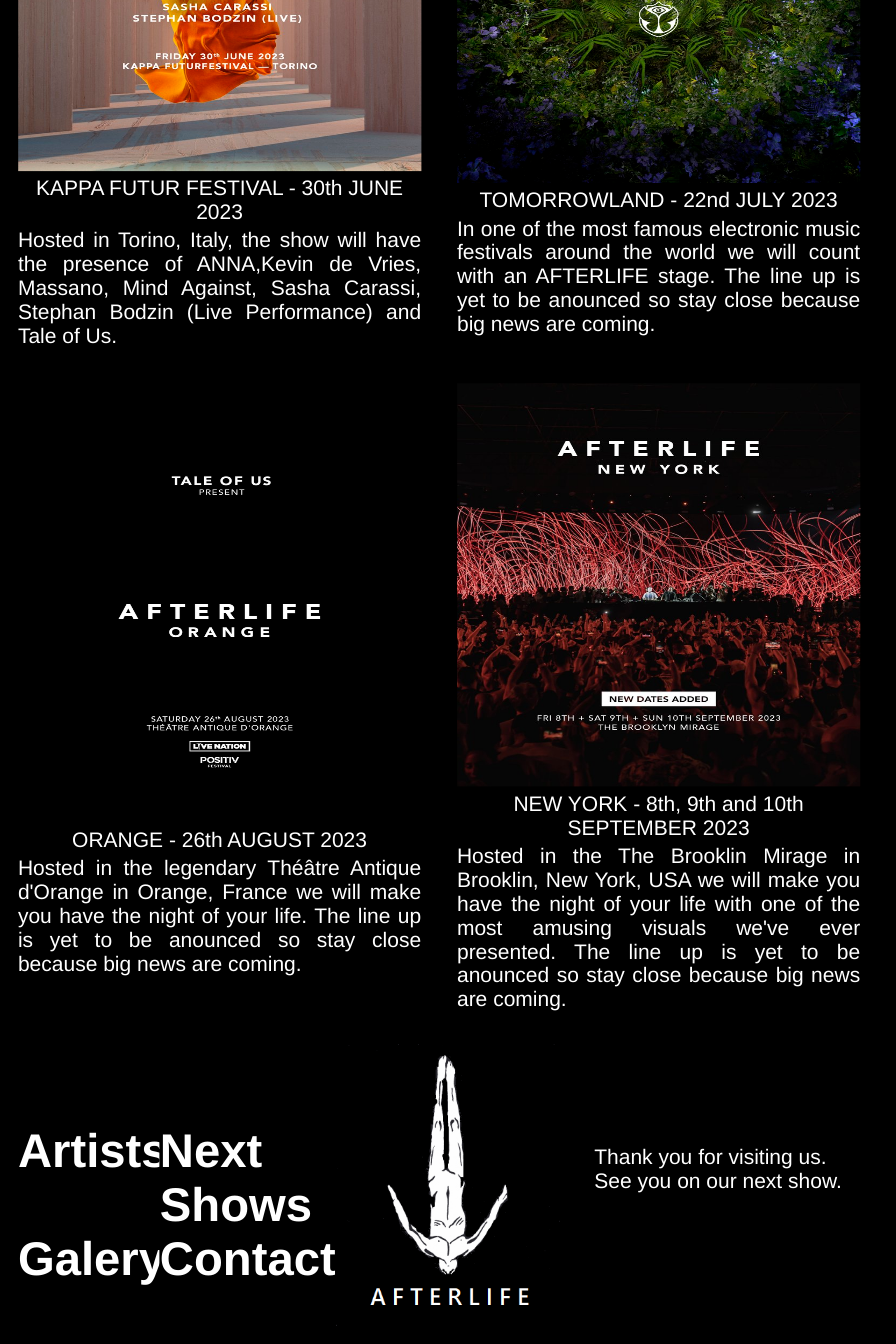
Repository: francoG98/Afterlife-Coderhouse-pre-entrega-2
Page: views/nextShows.html
These files come from the project's save history. The page is drawn as it stood at one moment and after the next save; the edit follows.
The browser window is 1280 px wide. The pictures show the part of the page from y = 1539 to 3459 px (the page is 3459 px tall), at 70% of full size.

Above is the page before, as saved 2023-05-01 20:38:50.

### views/nextShows.html
<!DOCTYPE html>
<html lang="en">
<head>
    <meta charset="UTF-8">
    <meta http-equiv="X-UA-Compatible" content="IE=edge">
    <meta name="viewport" content="width=device-width, initial-scale=1.0">
    <link rel="stylesheet" href="../css/style.css">
    <link rel="stylesheet" href="../css/nextShows.css">
    <title>NEXT SHOWS</title>
</head>
<body>
    <header>
        <div>
            <a href="../index.html"> <img class="logo" src="../source/logo.png" href="logo"> </a>
        </div>

        <nav class="navbar-header">
            <ul>
                <li>
                    <a class="element-navbar-top" href="artists.html"> ARTISTS </a>
                </li>
                <li>
                    <a class="element-navbar-top" href="nextShows.html"> NEXT SHOWS </a>
                </li>
                <li>
                    <a class="element-navbar-top" href="galery.html"> GALERY </a>
                </li>
                <li>
                    <a class="element-navbar-top" href="contact.html"> CONTACT </a>
                </li>
            </ul>
        </nav>
    </header>
    <main>
        <div class="show">
            <img class= "show_photo" src="../source/shows/MEDELLIN.jpg" href="MEDELLIN">
            <p class="show_title">MEDELLIN - 13th MAY 2023</p>
            <p class="show_description"> Hosted in Cincuentenario Stadium in Medellin, Colombia, the show will have the presence of Layla Benitez, Sasha Carassi, Woo York (Live Performance), Agents of Time, CamelPhat and Tale Of Us. Also will have the special performance of ANYMA presenting his new visual show 'GENESYS'.</p>
        </div>
        <div class="show">
            <img class= "show_photo" src="../source/shows/BARCELONA.jpg" href="BARCELONA">
            <p class="show_title">BARCELONA - 16th JUNE 2023</p>
            <p class="show_description"> Hosted in Parc del Forum in Barcelona, Spain, the show will have two stages. On AUDITORIUM will be playing UBBAH, Stylo,Hunter/Game, Agents of Time, Kevin de Vries B2B Konstantin Sibold and Chris Avantgarde. Meanwhile in AMPHITHEATRUM will be playing 8KAYS, Cassian, Fideles, Stephan Bodzin (Live Performance), Mind Against and Tale Of Us.</p>
        </div>
        <div class="show">
            <img class= "show_photo" src="../source/shows/KFF.jpg" href="KFF">
            <p class="show_title">KAPPA FUTUR FESTIVAL - 30th JUNE 2023</p>
            <p class="show_description"> Hosted in Torino, Italy, the show will have the presence of ANNA,Kevin de Vries, Massano, Mind Against, Sasha Carassi, Stephan Bodzin (Live Performance) and Tale of Us.</p>
        </div>
        <div class="show">
            <img class= "show_photo" src="../source/shows/TOMORROWLAND.jpg" href="TOMORROWLAND">
            <p class="show_title">TOMORROWLAND - 22nd JULY 2023</p>
            <p class="show_description"> In one of the most famous electronic music festivals around the world we will count with an AFTERLIFE stage. The line up is yet to be anounced so stay close because big news are coming.</p>
        </div>
        <div class="show">
            <img class= "show_photo" src="../source/shows/orange.png" href="ORANGE">
            <p class="show_title">ORANGE - 26th AUGUST 2023</p>
            <p class="show_description"> Hosted in the legendary Théâtre Antique d'Orange in Orange, France we will make you have the night of your life. The line up is yet to be anounced so stay close because big news are coming. </p>
        </div>
        <div class="show">
            <img class= "show_photo" src="../source/shows/NEW_YORK.jpg" href="NEW_YORK">
            <p class="show_title">NEW YORK - 8th, 9th and 10th SEPTEMBER 2023</p>
            <p class="show_description"> Hosted in the The Brooklin Mirage in Brooklin, New York, USA we will make you have the night of your life with one of the most amusing visuals we've ever presented. The line up is yet to be anounced so stay close because big news are coming. </p>
        </div>
    </main>
    <footer class="container-footer">
        <div class="navbar-footer">
            <ul>
                <li class="li-footer">
                    <h2><a href="artists.html"> Artists </a></h2>
                </li>
                <li class="li-footer">
                    <h2> <a href="nextShows.html"> Next Shows </a></h2>
                </li>
                <li class="li-footer">
                    <h2> <a href="galery.html"> Galery </a></h2>
                </li>
                <li class="li-footer">
                    <h2><a href="contact.html"> Contact </a></h2>
                </li>
            </ul>
        </div>

        <div class="logo-footer">
            <a href="../index.html"><img src="../source/afterlife_logo_footer.png" href="afterlife_logo_footer"></a>
        </div>
        <div class="p-footer">
            <p> Thank you for visiting us.</p>
            <p> See you on our next show. </p>
        </div>
    </footer>
</body>
</html>

### css/style.css
*{
    background-color: #000000;
    margin: 0px;
    padding: 0px;
    font-family: "proxima-nova","Helvetica Neue",Helvetica,Arial,sans-serif;

}

ul{
    display: flex;
    flex-wrap: wrap;
    justify-content: space-between;
    list-style-type: none;
    font-size: 45px;
    margin-top: 30px;
    vertical-align: center;
}


a{
    text-decoration: none;
    color: white;
    font: bold;

}
p{
    color: white;
    font-size: 30px;
    text-align: justify;
}
header{
    max-width: 100vw;
    margin-top: 10px;
    display: flex;
    flex-wrap: wrap;
    justify-content: space-between;
    position: relative;
}
footer{
    display: flex;
    flex-wrap: wrap;
    flex-direction: row;
    justify-content: space-between;
    margin-top: 3vh;
    margin-left: 2vw;
    margin-right: 2vw;
}
.logo{
    margin-left: 2vh;
    position: absolute;
    margin-top: 4vh;
    width: 35%;
}
.navbar-header{
    margin-right: 2vw;
    width: 60vw;
    text-align: right;
    justify-content: space-between;

}
.element-navbar-top{
    font-size: 40px;
}
.navbar-footer{
    width: 33%;
    display: flex;
    flex-wrap: wrap;
    justify-content:center;
    align-items: center;
}
.afterlife_logo_footer{
    width: 33%;
    justify-content: left;
}
.p-footer{
    margin-top: 20vh;
    width: 33%;
}
.li-footer{

    width: 50%;
    justify-content: center;
    align-items: center
}
.text_footer{
    text-align: center;
}

### css/nextShows.css
main{
    display: flex;
    flex-wrap: wrap;
    margin-top: 3vh;
}
.show{
    width: 45vw;
    margin: 2vw;
    display: flex;
    justify-content: center;
    flex-direction: column;
}
.show_photo{
    height: 80vh;
}
.show_title{
    margin-top: 1vh;
    text-align: center;
}
.show_description{
    margin-top: 1vh;
}

After the next save:
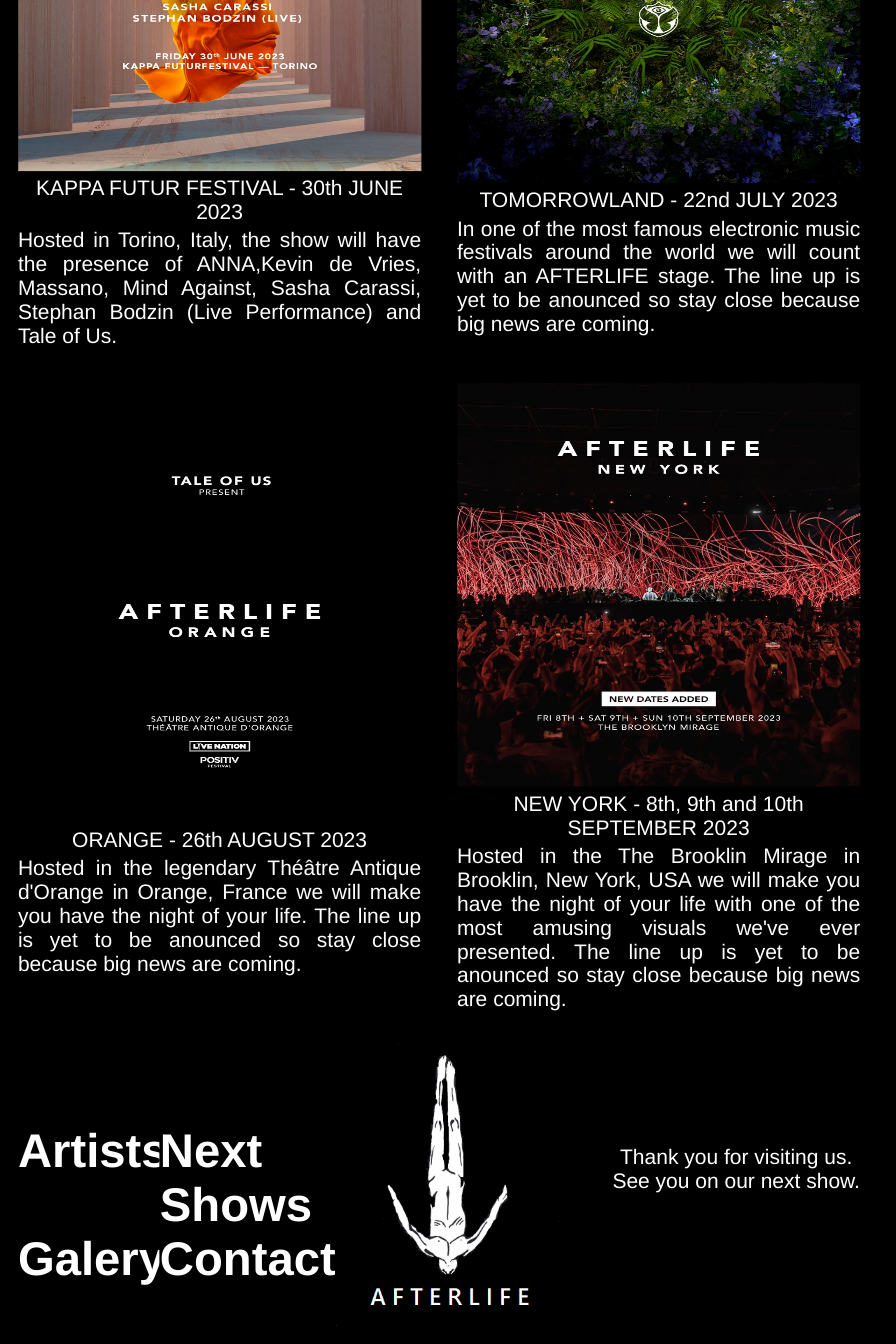
Saved 20 s later.
--- a/views/nextShows.html
+++ b/views/nextShows.html
@@ -85,8 +85,8 @@
             <a href="../index.html"><img src="../source/afterlife_logo_footer.png" href="afterlife_logo_footer"></a>
         </div>
         <div class="p-footer">
-            <p> Thank you for visiting us.</p>
-            <p> See you on our next show. </p>
+            <p class="text_footer"> Thank you for visiting us.</p>
+            <p class="text_footer"> See you on our next show. </p>
         </div>
     </footer>
 </body>
